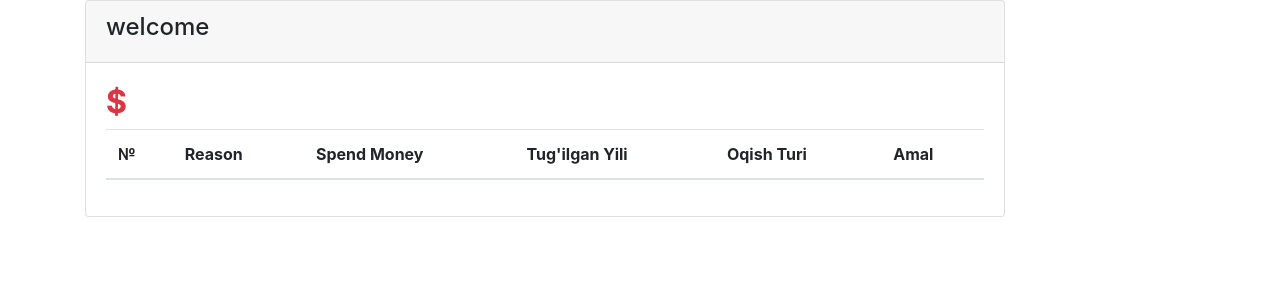
Repository: surefaceJS/allMyWorkInaliLinux
Page: hardcha/index.html
These files come from the project's save history. The page is drawn as it stood at one moment and after a run of saves; the edit follows.
The browser window is 1280 px wide. The pictures show the whole page.

Above is the page before, as saved 2021-04-19 11:32:39.

### hardcha/index.html
<!DOCTYPE html>
<html lang="en">

<head>
    <meta charset="UTF-8">
    <meta http-equiv="X-UA-Compatible" content="IE=edge">
    <meta name="viewport" content="width=device-width, initial-scale=1.0">
    <title>ReadyWebPage</title>
    <link rel="stylesheet" href="css/bootstrap.css">
    <link rel="stylesheet" href="fontawesome-free-5.15.2-web/css/all.min.css">
    <link rel="stylesheet" href="css/main.css">
</head>

<body>


    <div class="container">

        <div class="row">
            <div class="col-10">
                <div class="card">

                    <div class="card-header">
                        <h4>welcome <span id="pushName"></span> </h4>
                    </div>
                    <div class="card-body">
                        <h2 class="text-danger text-uppercase font-intel-bold" id="pushMonay"><span>$</span></h2>

                        <table class="table table-hover table-striped">
                            <thead>
                                <tr>
                                    <th>№</th>
                                    <th>Reason</th>
                                    <th>Spend Money</th>
                                    <th>Tug'ilgan Yili</th>
                                    <th>Oqish Turi</th>
                                    <th>Amal</th>
                                </tr>
                            </thead>
                        </table>
                    </div>

                </div>
            </div>
        </div>
    </div>

    <script src="js/jquery-3.3.1.slim.min.js"></script>
    <script src="js/popper.min.js"></script>
    <script src="js/bootstrap.js"></script>
    <script src="js/app.js"></script>
</body>

</html>

### hardcha/css/main.css
/*********************  FONTS STYLE *************************/
@font-face {
  font-family: "Inter-Bold";
  src: url("../asssets/fonts/Inter/Inter-Bold.ttf") format("truetype"); }
@font-face {
  font-family: "Inter-Regular";
  src: url("../asssets/fonts/Inter/Inter-Regular.ttf") format("truetype"); }
@font-face {
  font-family: "Inter-Light";
  src: url("../asssets/fonts/Inter/Inter-Light.ttf") format("truetype"); }
@font-face {
  font-family: "Inter-SemiBold";
  src: url("../asssets/fonts/Inter/Inter-SemiBold.ttf") format("truetype"); }
.font-intel-bold {
  font-family: "Inter-Bold", sans-serif; }

.font-intel-regular {
  font-family: "Inter-Regular", sans-serif; }

.font-intel-light {
  font-family: "Inter-Light", sans-serif; }

.font-inter-semi-bold {
  font-family: "Inter-SemiBold", sans-serif; }

/*# sourceMappingURL=main.css.map */

Loaded but not shown: hardcha/css/bootstrap.css (library); hardcha/fontawesome-free-5.15.2-web/css/all.min.css (library); hardcha/js/jquery-3.3.1.slim.min.js (library); hardcha/js/popper.min.js (library); hardcha/js/bootstrap.js (library); hardcha/js/app.js (no copy from this time; the picture is the same without it)

After the next 3 saves:
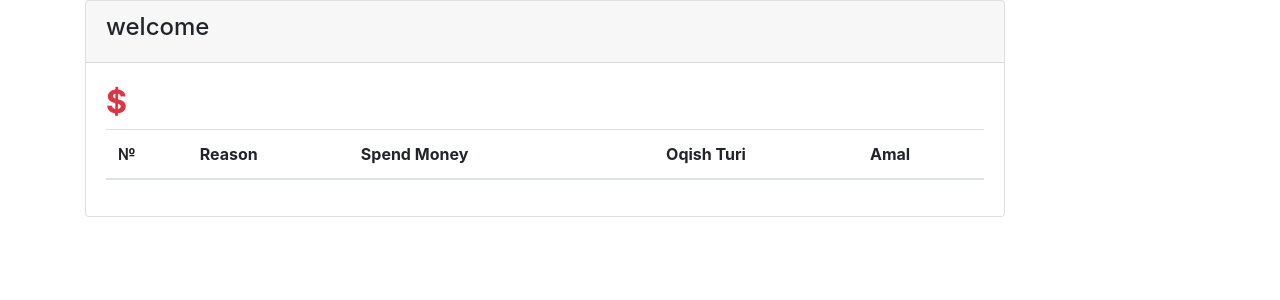
The 3 saves are shown as one change because they came seconds apart.
The last was saved 16 s later.
--- a/hardcha/index.html
+++ b/hardcha/index.html
@@ -32,7 +32,7 @@
                                     <th>№</th>
                                     <th>Reason</th>
                                     <th>Spend Money</th>
-                                    <th>Tug'ilgan Yili</th>
+                                    <th></th>
                                     <th>Oqish Turi</th>
                                     <th>Amal</th>
                                 </tr>
